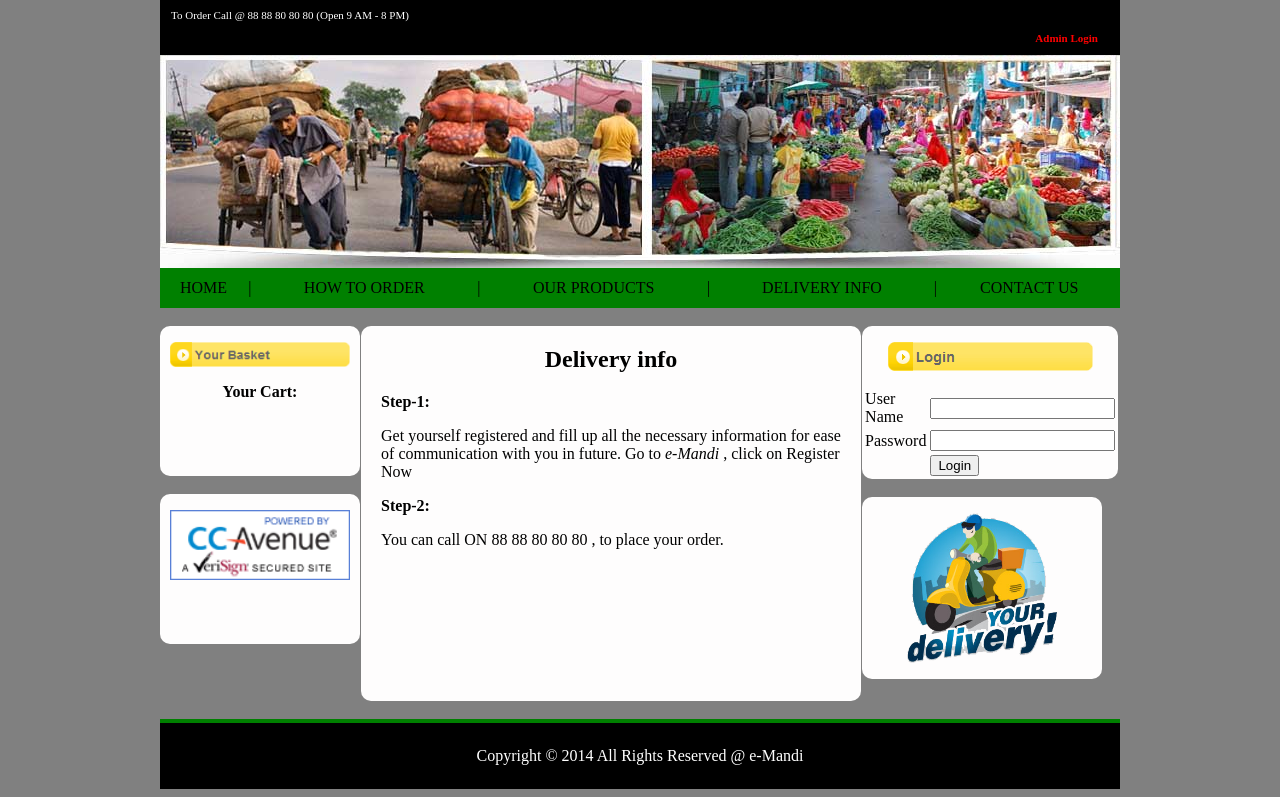
Repository: aashi12/e_mandi
Page: http://localhost/e_mandi/deliveryInfo.jsp
An editor plug-in stored every save of this project. The page is shown before and after the next save, followed by the edit.
The browser window is 1280 px wide. The pictures show the whole page.
The page is served by Tomcat 9. Other server files are loaded and not shown.

Above is the page before, as saved 2014-04-18 12:17:03.

### e_mandi/WebContent/deliveryInfo.jsp
<%@ page language="java" contentType="text/html; charset=ISO-8859-1"
    pageEncoding="ISO-8859-1"%>
<!DOCTYPE html PUBLIC "-//W3C//DTD HTML 4.01 Transitional//EN" "http://www.w3.org/TR/html4/loose.dtd">
<html>
<head>
<meta http-equiv="Content-Type" content="text/html; charset=ISO-8859-1">
<title>Online e-Mandi</title>
<link rel="stylesheet" href="style.css" />
</head>
<body bgcolor="gray">
<div id="container">
<div id="main">
<table border="0" width="960" height="270" cellspacing="0" cellpadding="0">
<tr>
<td height="25" bgcolor="black" class="order"><p> &nbsp;&nbsp;&nbsp;&nbsp;To Order Call @ 88 88 80 80 80 (Open 9 AM - 8 PM)</p>
<p align="right" class="admin"><b><a href="admin.jsp">Admin Login</a> &nbsp; &nbsp; &nbsp; &nbsp;</b></p>
</td>
</tr>
<tr>
<td class="bann">
<!--  banner -->
</td>
</tr>
</table>
<table border="0" width="960" height="40" cellspacing="0" cellpadding="0">
<tr bgcolor="green">
<td align="center" class="tab"><a href="index.jsp">HOME</a></td>
<td align="center" class="tab">|</td>
<td align="center" class="tab"><a href="howToOrder.jsp">HOW TO ORDER</a></td>
<td align="center" class="tab">|</td>
<td align="center" class="tab"><a href="ourProducts.jsp">OUR PRODUCTS</a></td>
<td align="center" class="tab">|</td>
<td align="center" class="tab"><a href="deliveryInfo.jsp">DELIVERY INFO</a></td>
<td align="center" class="tab">|</td>
<td align="center" class="tab"><a href="contactUs.jsp">CONTACT US</a></td>
</tr>
</table>
<br/>
<table border="0" width="960" height="auto" cellspacing="0" cellpadding="0">
<tr>
<td width="200" valign="top">
<table class="basket" width="200" height="150" cellspacing="0" cellpadding="0" bgcolor="#fefdfd">
<tr>
<td align="center" valign="top">
<p><img src="images/basket.png" width="180"/></p>
<p class="bask"><b>Your Cart:</b></p>
</td>
</tr>
</table>
&nbsp;
<table class="basket" width="200" height="150" cellspacing="0" cellpadding="0" bgcolor="#fefdfd">
<tr>
<td align="center" valign="top">
<p><img src="images/ccav.gif" width="180"/></p>
</td>
</tr>
</table>
</td>
<td width="560" align="center" valign="top">
<table class="basket" border="0" width="500" height="150" cellspacing="0" cellpadding="0" bgcolor="#fefdfd">
<tr>
<td  valign="top">
<h2 align="center">Delivery info </h2>
<div id="con1">
<p><b>Step-1:</b></p>
<p>Get yourself registered and fill up all the necessary information for ease of communication
with you in future. Go to <i>e-Mandi</i> , click on Register Now</p>
<p><b>Step-2:</b></p>
<p>You can call ON    88 88 80 80 80 , to place your order.</p>

<p>&nbsp;</p>
<p>&nbsp;</p>
<p>&nbsp;</p>
<p>&nbsp;</p>
</div>
</td>
</tr>
</table>

</td>
<td width="300" valign="top">
<table border="0" class="basket" width="200" height="150" cellspacing="0" cellpadding="0" bgcolor="#fefdfd">
<tr>
<td align="center">
<p><img src="images/login.png" /></p>
<table width="240">
<tr>
<td>User Name</td>
<td><input type="text" name="uname"></td>
</tr>
<tr>
<td>Password</td>
<td><input type="password" name="pass"></td>
</tr>
<tr>
<td></td>
<td><input type="submit" value="Login"></td>
</tr>
</table>
</td>
</tr>
</table>
&nbsp;
<table border="0" class="basket" width="240" height="150" cellspacing="0" cellpadding="0" bgcolor="#fefdfd">
<tr>
<td align="center">
<p><img src="images/free.png" width="150" height="150" /></p>
</td>
</tr>
</table>
</td>
</tr>
</table>
&nbsp;
<table border="0" width="960" height="70" cellspacing="0" cellpadding="0">
<tr>
<td height="4" bgcolor="green"></td>
</tr>
<tr>
<td height="65" bgcolor="black" align="center" class="foot">
<p>Copyright &copy; 2014 All Rights Reserved @ e-Mandi</p>
</td>
</tr>
</table>
</div>
</div>
</body>
</html>

### e_mandi/WebContent/style.css
#container{margin-top:-10px;}
#main{margin: 0px auto;width:960px;}
.tab{color:#000;text-decoration:none;}
.tab a{color:#000;text-decoration:none;}
.tab a:hover{color:#fff;text-decoration:none;}
.tab12{color:#fff;text-decoration:none;}
.tab12 a{color:#fff;text-decoration:none;}
.tab12 a:hover{color:red;text-decoration:none;}
.bann{background-image: url(images/header.jpg);}
.order{color:#fff; font-size:11px;}
.free{padding-left:400px;}
.logo{padding-bottom:50px;}
.basket{border-radius:10px;}
.foot{color:#fff;}
.cat{color:#000;text-decoration:none;}
.cat a{color:red;text-decoration:none;}
.cat a:hover{color:green;text-decoration:none;}
.admin{color:red;text-decoration:none; }
.admin a{color:red; text-decoration:none;}
.admin a:hover{color:#fff;text-decoration:none; }
#con1{padding-left:20px;padding-right:20px;}
img{border:none;}
a{text-decoration:none;}
.log a{text-decoration:none;}
.section a{color:green;text-decoration:none;}
.section a:hover{color:red;text-decoration:none;}
.quick{color:green;text-decoration:underline;}
#login
{
	text-align:center;

}

After the next save:
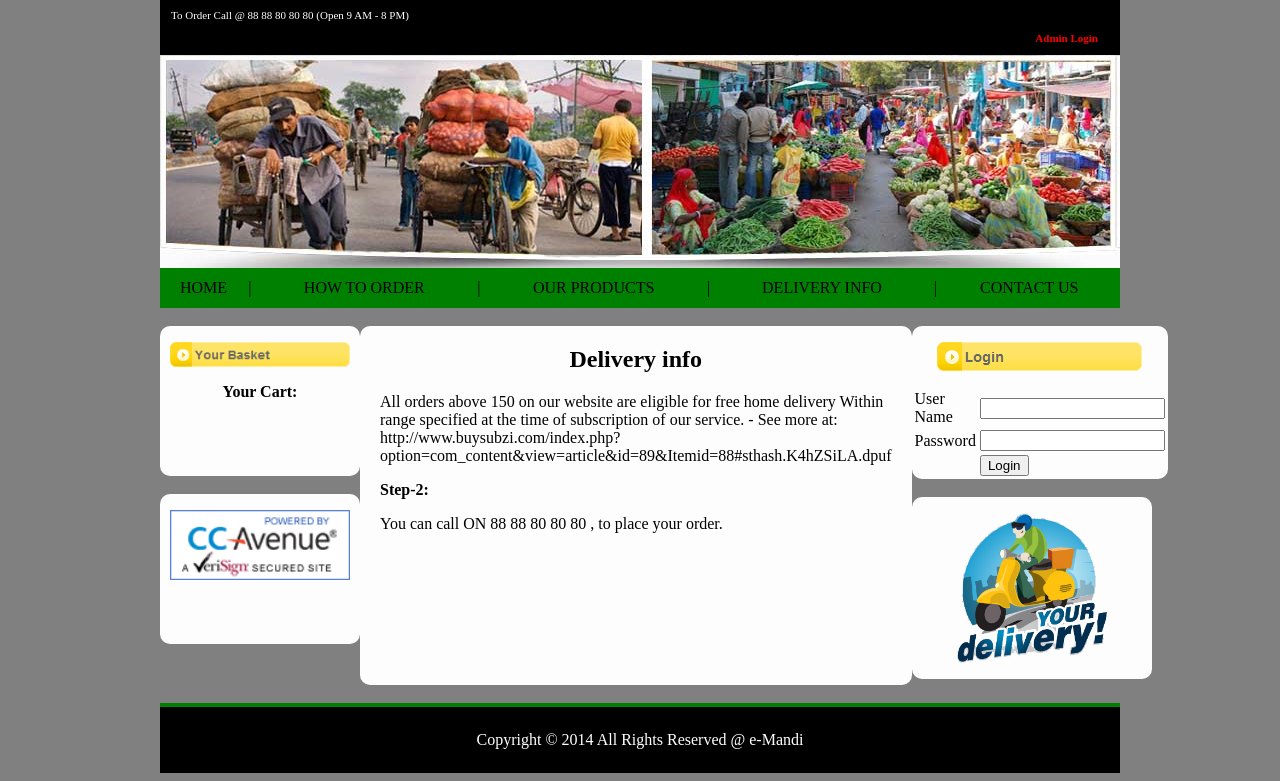
Saved 38 s later.
--- a/e_mandi/WebContent/deliveryInfo.jsp
+++ b/e_mandi/WebContent/deliveryInfo.jsp
@@ -62,9 +62,10 @@
 <td  valign="top">
 <h2 align="center">Delivery info </h2>
 <div id="con1">
-<p><b>Step-1:</b></p>
-<p>Get yourself registered and fill up all the necessary information for ease of communication
-with you in future. Go to <i>e-Mandi</i> , click on Register Now</p>
+<p>All orders above 150 on our website are eligible for free home delivery
+
+Within range specified at the time of subscription of our service.
+- See more at: http://www.buysubzi.com/index.php?option=com_content&view=article&id=89&Itemid=88#sthash.K4hZSiLA.dpuf</p>
 <p><b>Step-2:</b></p>
 <p>You can call ON    88 88 80 80 80 , to place your order.</p>
 
